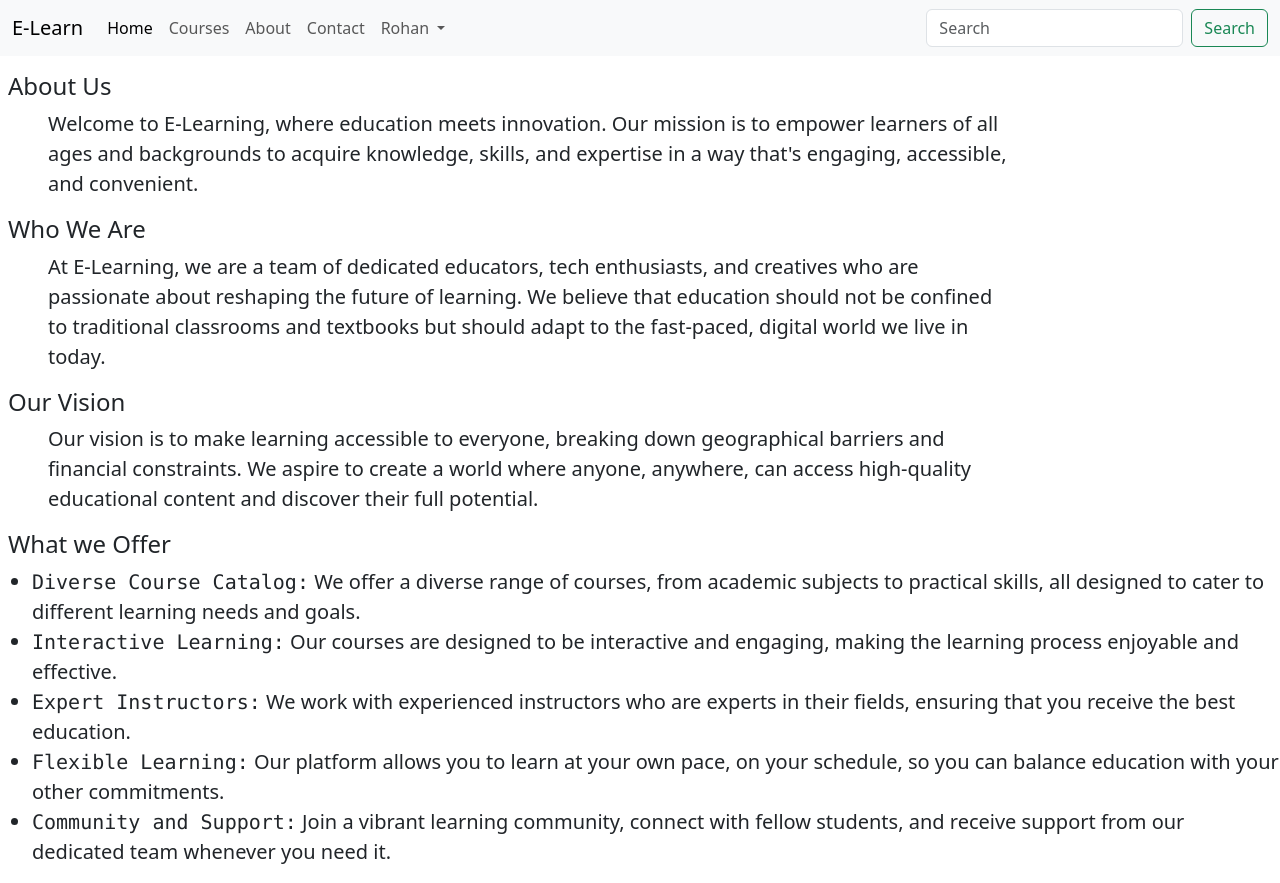
Repository: syni18/bootstrap_elarn
Page: About.html
An editor plug-in stored every save of this project. The page is shown before and after a run of saves, followed by the edit.
The browser window is 1280 px wide. The pictures show the whole page.

Above is the page before, as saved 2023-10-25 23:20:08.

### About.html
<!doctype html>
<html lang="en">
  <head>
    <meta charset="utf-8">
    <meta name="viewport" content="width=device-width, initial-scale=1">
    <title>E-Learning</title>
    <link href="https://cdn.jsdelivr.net/npm/bootstrap@5.3.2/dist/css/bootstrap.min.css" rel="stylesheet" integrity="sha384-T3c6CoIi6uLrA9TneNEoa7RxnatzjcDSCmG1MXxSR1GAsXEV/Dwwykc2MPK8M2HN" crossorigin="anonymous">
  </head>
  <body>
    <nav class="navbar navbar-expand-lg bg-body-tertiary">
  <div class="container-fluid">
    <a class="navbar-brand" href="#">E-Learn</a>
    <button class="navbar-toggler" type="button" data-bs-toggle="collapse" data-bs-target="#navbarSupportedContent" aria-controls="navbarSupportedContent" aria-expanded="false" aria-label="Toggle navigation">
      <span class="navbar-toggler-icon"></span>
    </button>
    <div class="collapse navbar-collapse" id="navbarSupportedContent">
      <ul class="navbar-nav me-auto mb-2 mb-lg-0">
        <li class="nav-item">
          <a class="nav-link active" aria-current="page" href="#">Home</a>
        </li>
        <li class="nav-item">
          <a class="nav-link" href="#">Courses</a>
        </li>
        <li class="nav-item">
          <a class="nav-link" href="#">About</a>
        </li>
        <li class="nav-item">
          <a class="nav-link" href="#">Contact</a>
        </li>
        <li class="nav-item dropdown">
          <a class="nav-link dropdown-toggle" href="#" role="button" data-bs-toggle="dropdown" aria-expanded="false">
            Rohan
          </a>
          <ul class="dropdown-menu">
            <li><a class="dropdown-item" href="#">My Profile</a></li>
            <li><a class="dropdown-item" href="#">My Courses</a></li>
            <li><hr class="dropdown-divider"></li>
            <li><a class="dropdown-item" href="#">Log Out</a></li>
          </ul>
        </li>
      </ul>
      <form class="d-flex" role="search">
        <input class="form-control me-2" type="search" placeholder="Search" aria-label="Search">
        <button class="btn btn-outline-success" type="submit">Search</button>
      </form>
    </div>
  </div>
</nav>
<div class="mt-3">
    <h6 class="fs-4 ms-2 ">About Us</h6>
    <p class="w-75 ms-5 lead">Welcome to E-Learning, where education meets innovation. Our mission is to empower learners of all ages and backgrounds to acquire knowledge, skills, and expertise in a way that's engaging, accessible, and convenient.</p>
</div>
<div class="mt-3">
    <h6 class="fs-4 ms-2">Who We Are</h6>
    <p class="w-75 ms-5 lead">At E-Learning, we are a team of dedicated educators, tech enthusiasts, and creatives who are passionate about reshaping the future of learning. We believe that education should not be confined to traditional classrooms and textbooks but should adapt to the fast-paced, digital world we live in today.</p>
</div>
<div class="mt-3">
    <h6 class="fs-4 ms-2">Our Vision</h6>
    <p class="w-75 ms-5 lead">Our vision is to make learning accessible to everyone, breaking down geographical barriers and financial constraints. We aspire to create a world where anyone, anywhere, can access high-quality educational content and discover their full potential.</p>
</div>
<div class="mt-3">
    <h6 class="fs-4 ms-2">What we Offer</h6>
    <ul class="lead">
        <li><samp>Diverse Course Catalog:</samp> We offer a diverse range of courses, from academic subjects to practical skills, all designed to cater to different learning needs and goals.</li>
        <li><samp>Interactive Learning:</samp> Our courses are designed to be interactive and engaging, making the learning process enjoyable and effective.</li>
        <li><samp>Expert Instructors:</samp> We work with experienced instructors who are experts in their fields, ensuring that you receive the best education.</li>
        <li><samp>Flexible Learning:</samp> Our platform allows you to learn at your own pace, on your schedule, so you can balance education with your other commitments.</li>
        <li><samp>Community and Support:</samp> Join a vibrant learning community, connect with fellow students, and receive support from our dedicated team whenever you need it.</li>
    </ul>
</div>
    <script src="https://cdn.jsdelivr.net/npm/bootstrap@5.3.2/dist/js/bootstrap.bundle.min.js" integrity="sha384-C6RzsynM9kWDrMNeT87bh95OGNyZPhcTNXj1NW7RuBCsyN/o0jlpcV8Qyq46cDfL" crossorigin="anonymous"></script>
  </body>
</html>

After the next 3 saves:
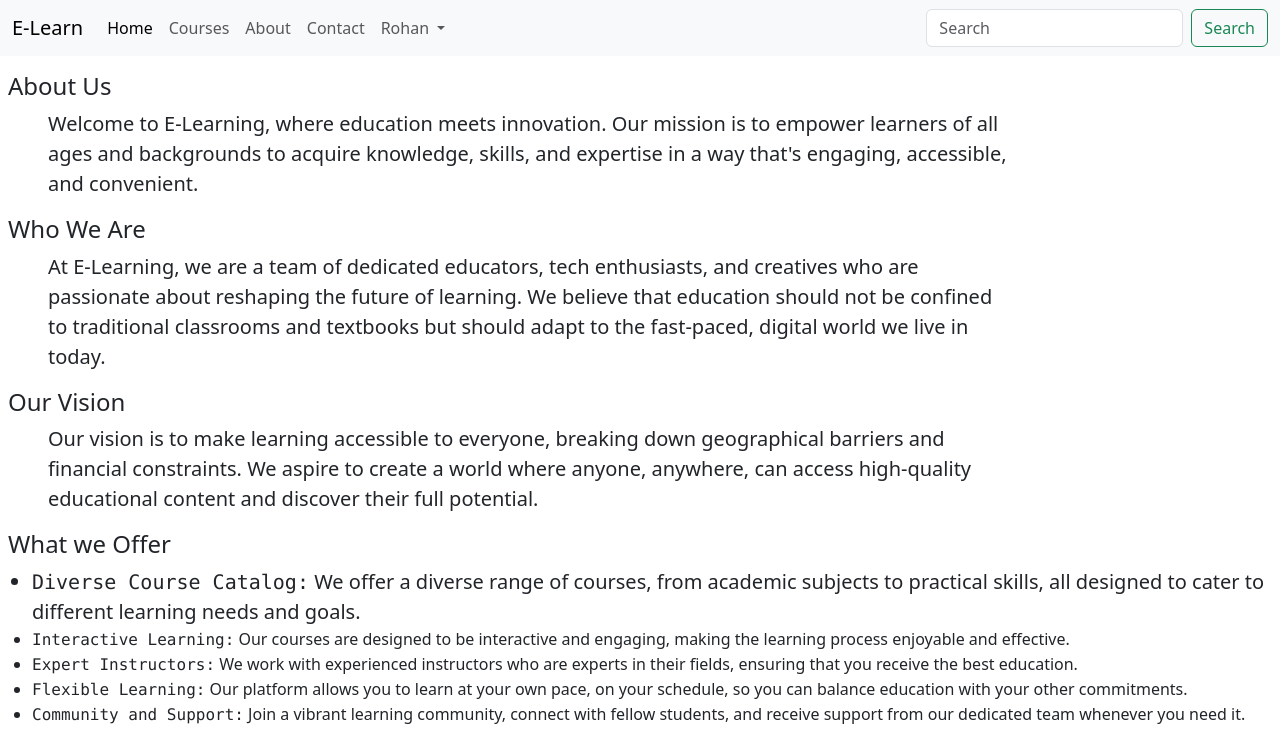
The 3 saves are shown as one change because they came seconds apart.
The last was saved 20 s later.
--- a/About.html
+++ b/About.html
@@ -60,8 +60,8 @@
 </div>
 <div class="mt-3">
     <h6 class="fs-4 ms-2">What we Offer</h6>
-    <ul class="lead">
-        <li><samp>Diverse Course Catalog:</samp> We offer a diverse range of courses, from academic subjects to practical skills, all designed to cater to different learning needs and goals.</li>
+    <ul class="">
+        <li class="lead"><samp>Diverse Course Catalog:</samp> We offer a diverse range of courses, from academic subjects to practical skills, all designed to cater to different learning needs and goals.</li>
         <li><samp>Interactive Learning:</samp> Our courses are designed to be interactive and engaging, making the learning process enjoyable and effective.</li>
         <li><samp>Expert Instructors:</samp> We work with experienced instructors who are experts in their fields, ensuring that you receive the best education.</li>
         <li><samp>Flexible Learning:</samp> Our platform allows you to learn at your own pace, on your schedule, so you can balance education with your other commitments.</li>
